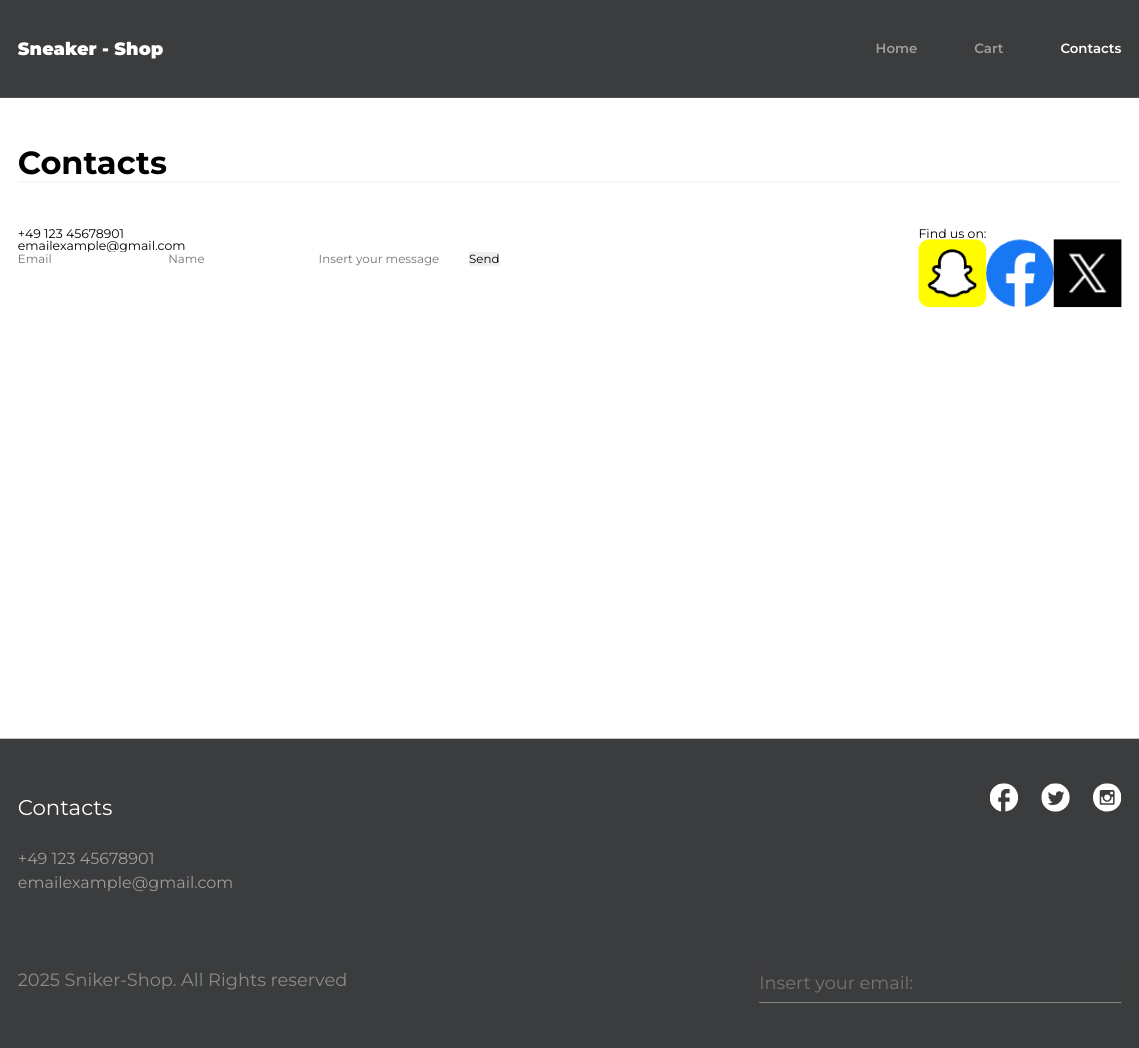
Repository: IstratiiNik/sneaker-shop
Page: /contacts
These files come from the project's save history. The page is drawn as it stood at one moment and after the next save; the edit follows.
The browser window is 1280 px wide. The pictures show the whole page, at 89% of full size.
The page's requests for data from a server got no answer. The project was rebuilt for these pictures with package versions that can differ from the ones it lists, and the page was loaded fresh each time. No one was signed in, and anything a server would have sent is missing. Also part of the build but not shown: vite.config.js, src/components/News/News.module.scss, src/components/News/News.jsx, src/components/ProductCard/ProductCard.module.scss, src/components/ProductCard/ProductCard.jsx, src/components/Main/Main.module.scss, src/components/Main/Main.jsx, src/components/CartCard/CartCard.module.scss and 3 more.

Above is the page before, as saved 2025-07-03 11:24:05.

After the next save:
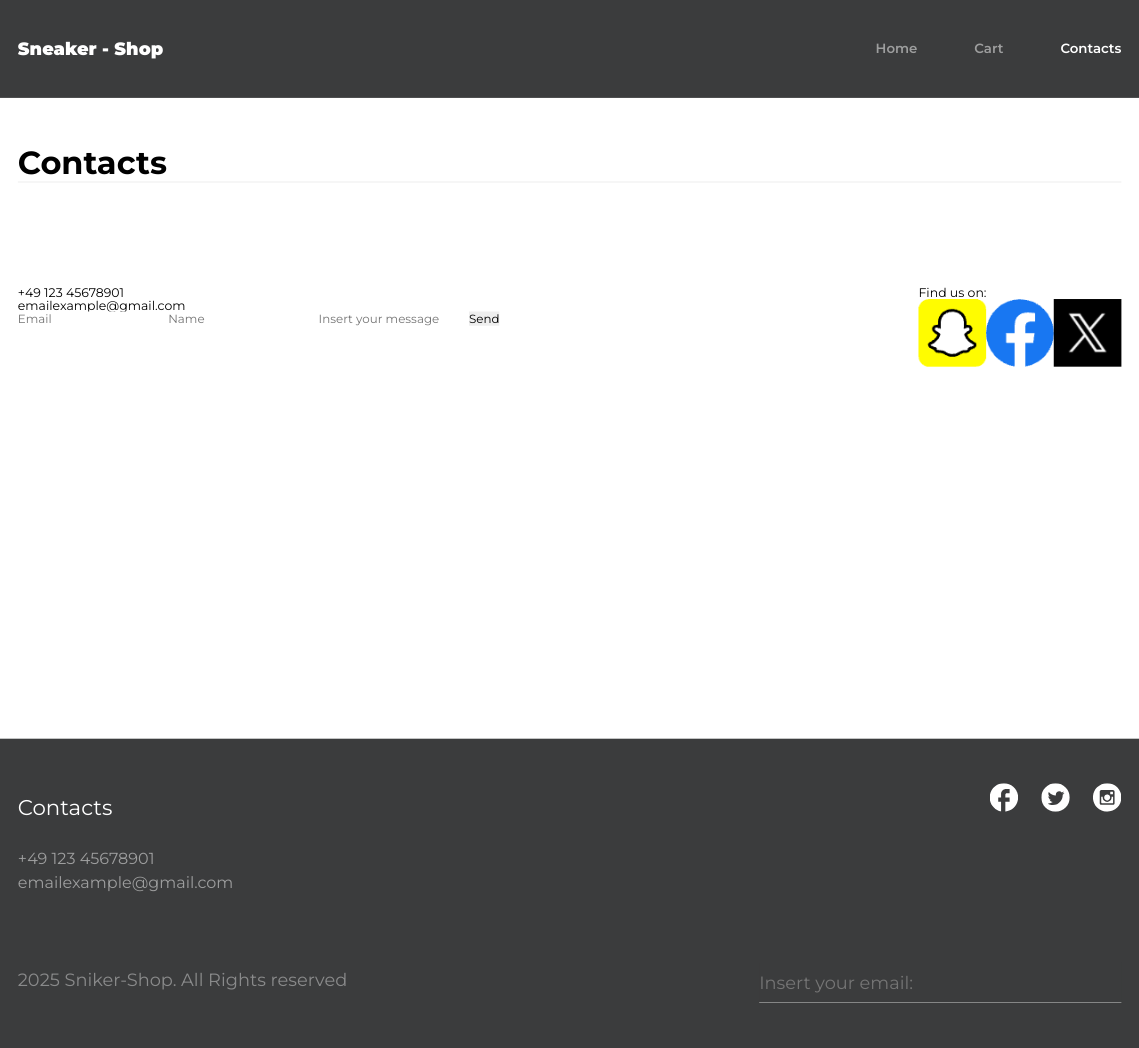
Saved 18 s later.
--- a/src/components/Contacts/Contacts.module.scss
+++ b/src/components/Contacts/Contacts.module.scss
@@ -8,7 +8,8 @@
     font-size: 36px;
     font-weight: 700;
     line-height: 44px;
-    margin-bottom: 50px;
+
+    margin-bottom: 117px;
     border-bottom: 1px solid rgb(234, 234, 234);
   }
 }
